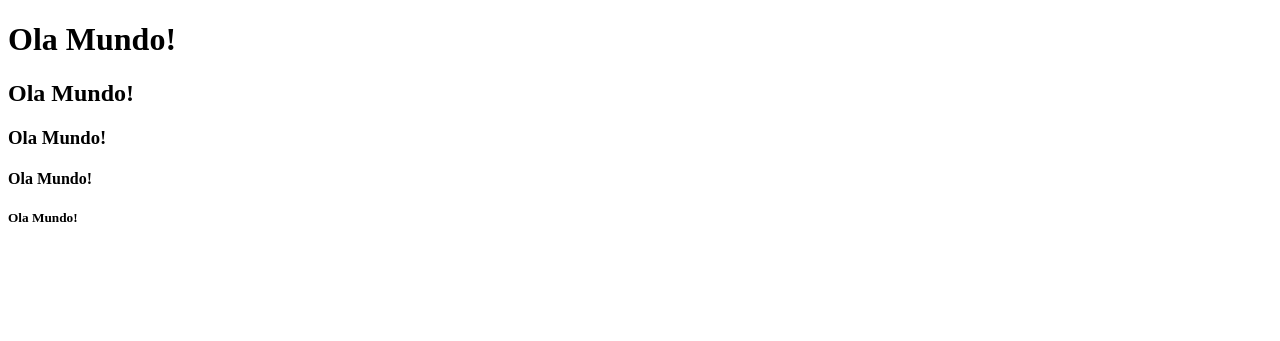
Repository: ericvinicius/cursojavaweb
Page: workspace/fj21-agenda/WebContent/OlaMundo.html
These files come from the project's save history. The page is drawn as it stood at one moment and after the next save; the edit follows.
The browser window is 1280 px wide. The pictures show the whole page.

Above is the page before, as saved 2013-03-09 19:16:09.

### workspace/fj21-agenda/WebContent/OlaMundo.html
<!DOCTYPE html PUBLIC "-//W3C//DTD HTML 4.01 Transitional//EN" "http://www.w3.org/TR/html4/loose.dtd">
<html>
<head>
<meta http-equiv="Content-Type" content="text/html; charset=UTF-8">
<title>Insert title here</title>
</head>
<body>

	<h1>Ola Mundo!</h1>
	<h2>Ola Mundo!</h2>
	<h3>Ola Mundo!</h3>
	<h4>Ola Mundo!</h4>
	<h5>Ola Mundo!</h5>
</body>
</html>

After the next save:
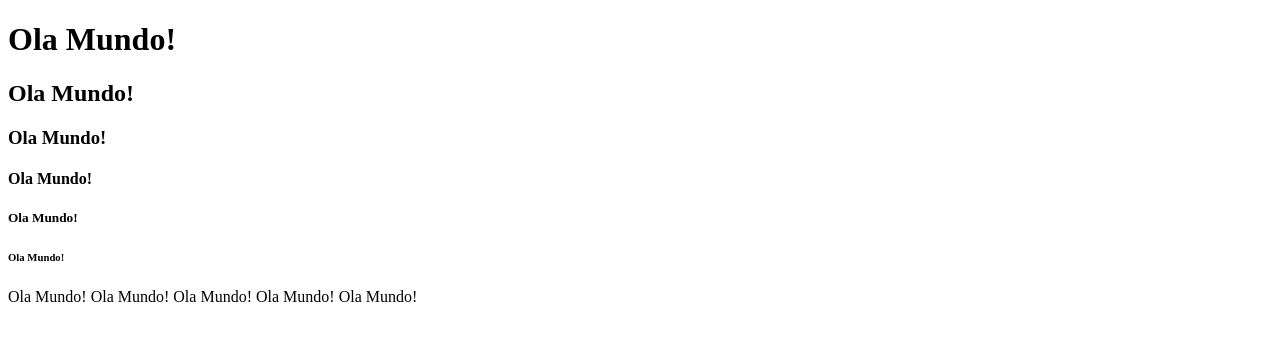
Saved 64 s later.
--- a/workspace/fj21-agenda/WebContent/OlaMundo.html
+++ b/workspace/fj21-agenda/WebContent/OlaMundo.html
@@ -11,5 +11,11 @@
 	<h3>Ola Mundo!</h3>
 	<h4>Ola Mundo!</h4>
 	<h5>Ola Mundo!</h5>
+	<h6>Ola Mundo!</h6>
+	<h7>Ola Mundo!</h7>
+	<h8>Ola Mundo!</h8>
+	<h9>Ola Mundo!</h9>
+	<h10>Ola Mundo!</h10>
+	<h11>Ola Mundo!</h11>
 </body>
 </html>
